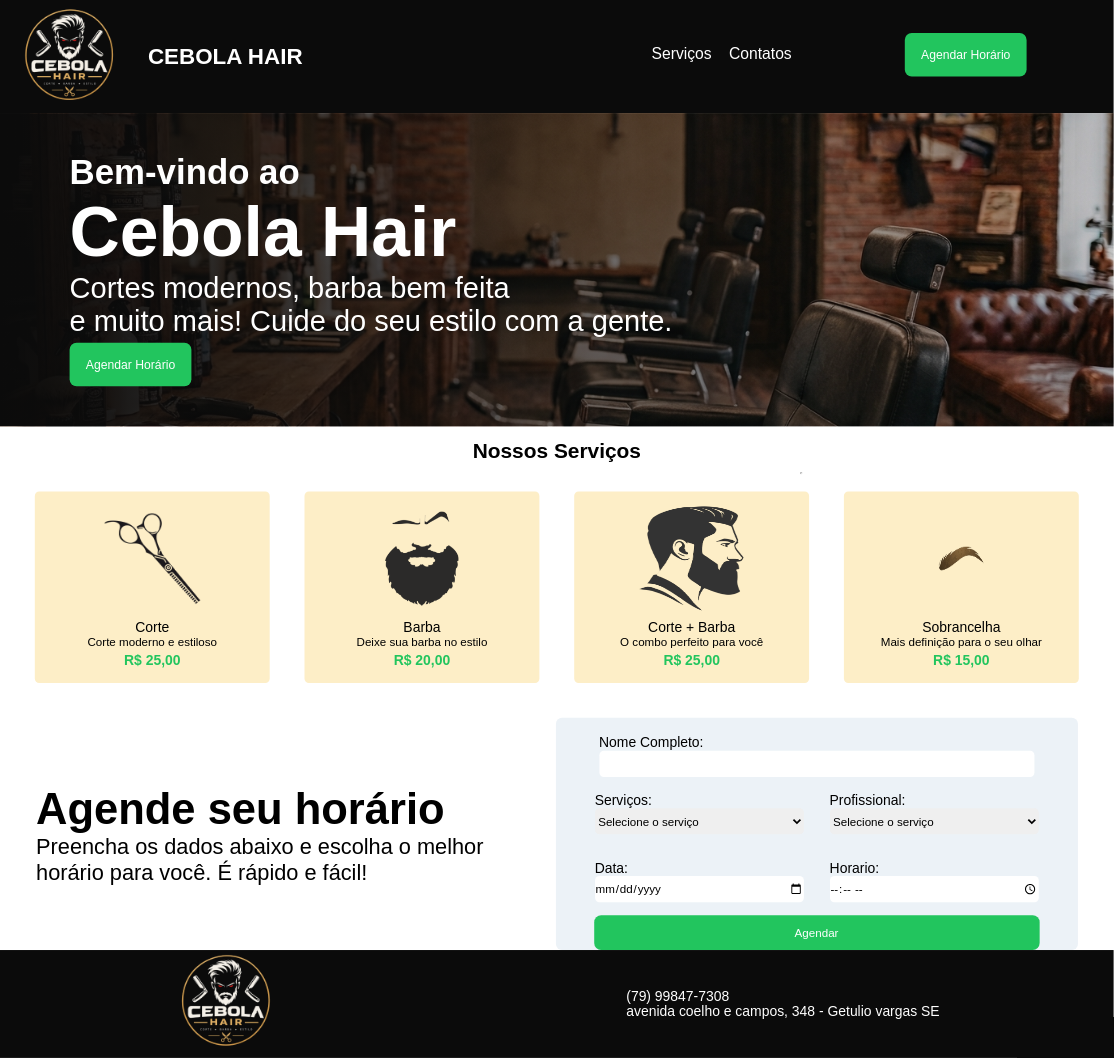
Repository: antonymsantana-design/final.activitie1
Page: index.html
An editor plug-in stored every save of this project. The page is shown before and after the next save, followed by the edit.
The browser window is 1280 px wide. The pictures show the whole page, at 87% of full size.

Above is the page before, as saved 2026-09-15 20:10:31.

After the next save:
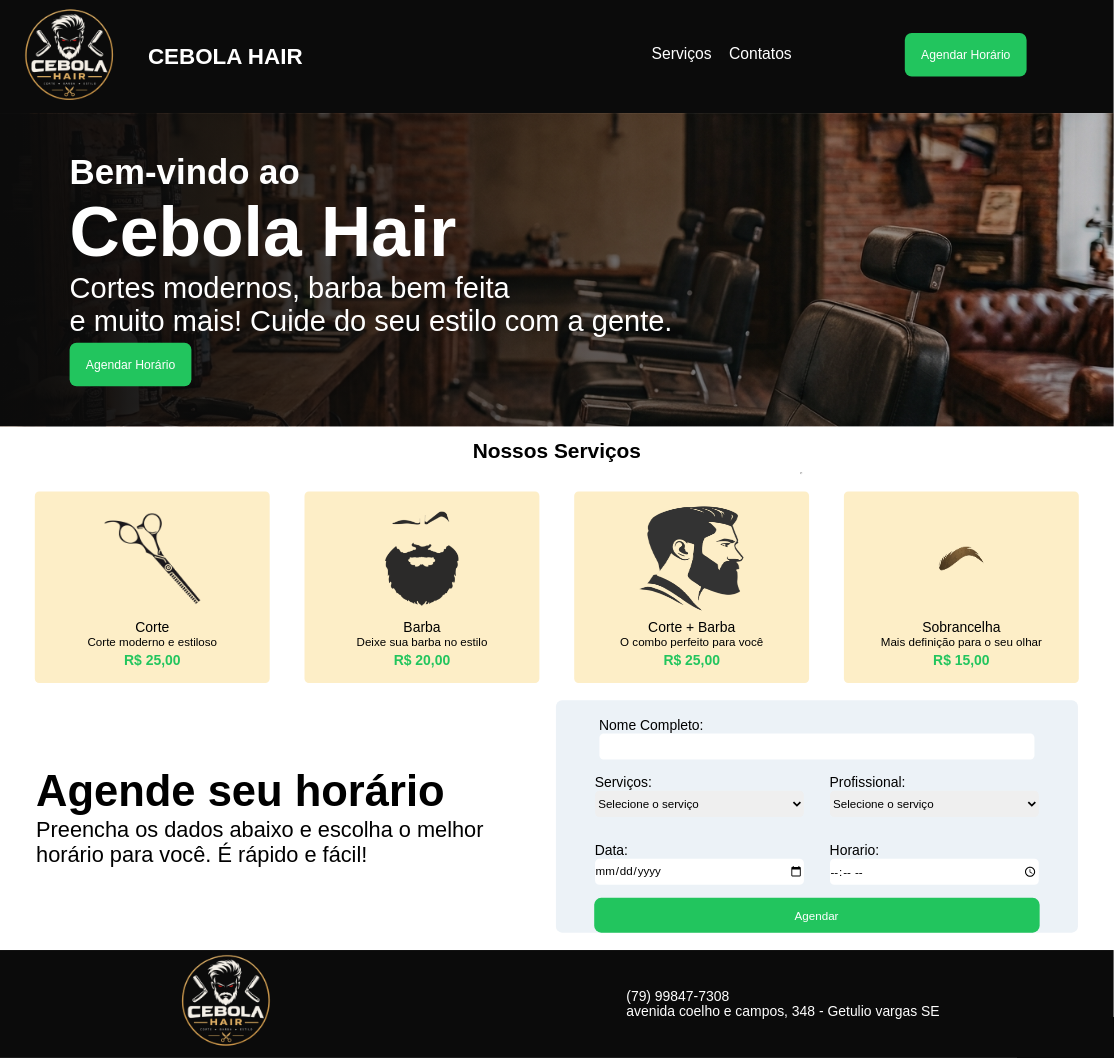
Saved 5 s later.
--- a/style.css
+++ b/style.css
@@ -165,7 +165,7 @@ hr {
     display: flex;
     justify-content: space-around;
     align-items: center;
-    padding-top: 20px;
+    padding-bottom: 20px;
 }
 
 .form{
